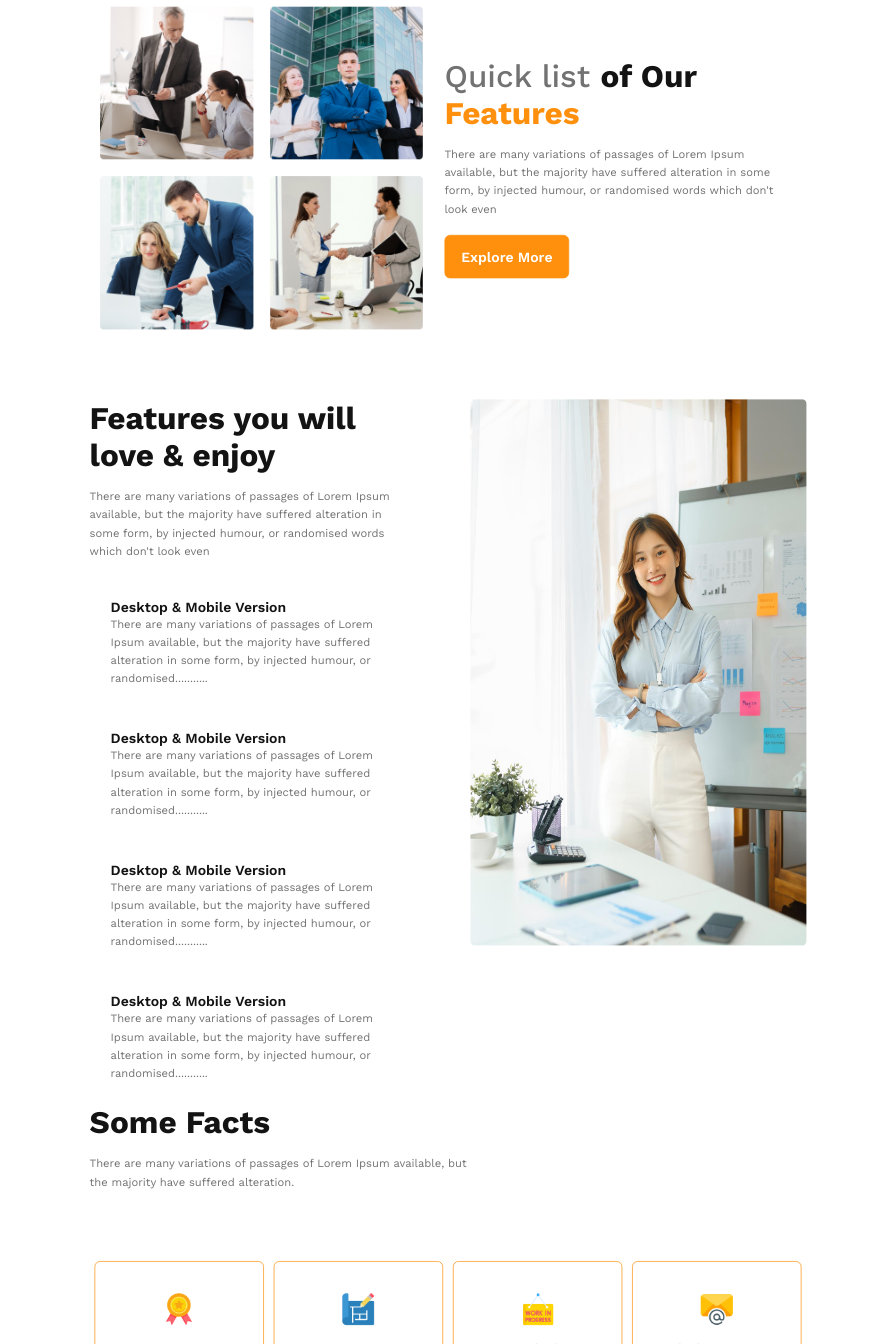
Repository: ShouravAhammed/G3-architects-webpage
Page: index.html
These files come from the project's save history. The page is drawn as it stood at one moment and after the next save; the edit follows.
The browser window is 1280 px wide. The pictures show the part of the page from y = 1171 to 3091 px (the page is 3856 px tall), at 70% of full size.

Above is the page before, as saved 2024-01-13 17:32:24.

After the next save:
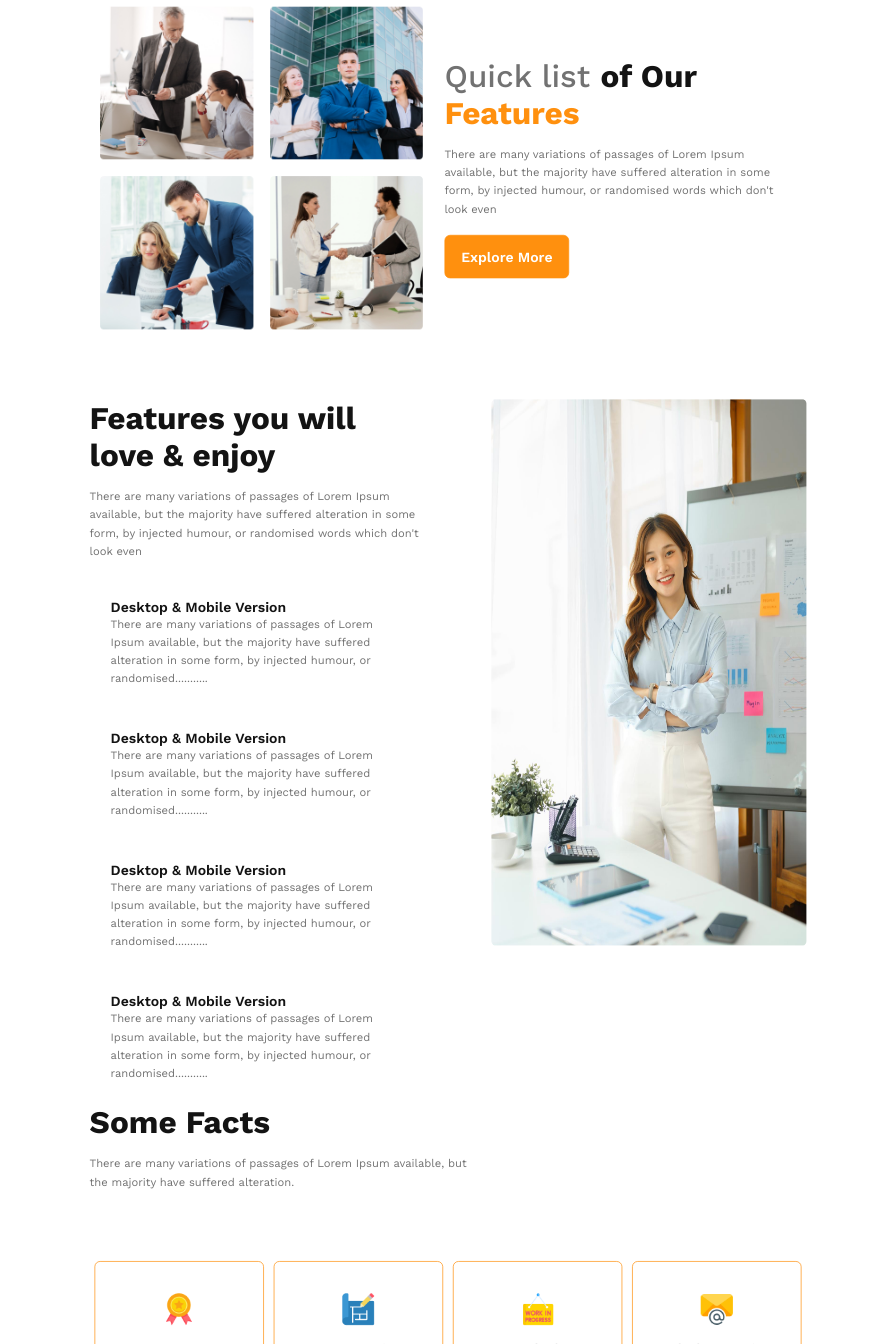
Saved 35 s later.
--- a/styles/style.css
+++ b/styles/style.css
@@ -154,7 +154,7 @@
     line-height: 26px;
 }
 .feature-img img {
-    width: 480px;
+    width: 450px;
     height: 780px;
 }
 /* some-facts section css style */
